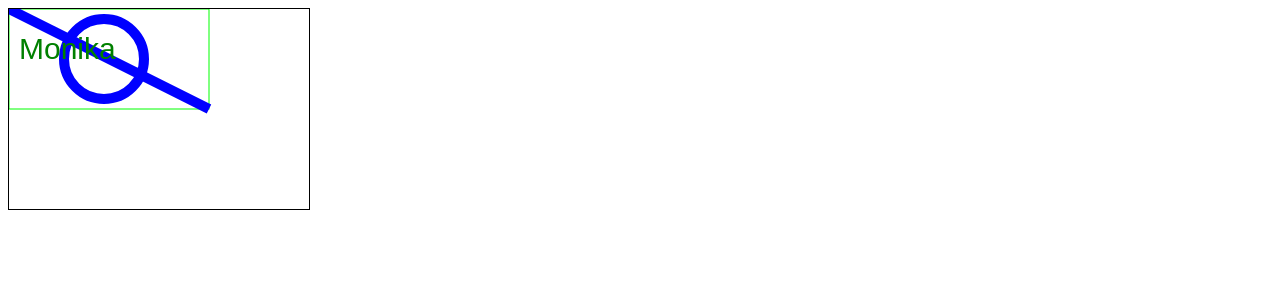
Repository: BhardwajMonika/core-java
Page: HTML2/WebContent/Canvas1.html
An editor plug-in stored every save of this project. The page is shown before and after the next save, followed by the edit.
The browser window is 1280 px wide. The pictures show the whole page.

Above is the page before, as saved 2019-02-27 09:35:29.

### HTML2/WebContent/Canvas1.html
<!DOCTYPE html>
<html>
<head>


<meta charset="ISO-8859-1">
<title>canvas</title>
</head>
<body>

	<canvas id="myCanvas" width="300" height="200"
		style="border: 1px solid #000000;">
</canvas>
<script>
	var c = document.getElementById("myCanvas");
	var ctx = c.getContext("2d");


	ctx.drawStyle = "#FF0000";
	ctx.strokeStyle="#00FF00";
	ctx.strokeRect(0, 0, 200, 100);

	ctx.beginPath();
	ctx.strokeStyle="#FF0000"
	ctx.arc(95,50,40,0,2*Math.PI);
	ctx.stroke();

	ctx.moveTo(0,0);
	ctx.lineTo(200,100);
	ctx.lineWidth=10;

	ctx.strokeStyle='#0000ff';
	ctx.stroke();

	ctx.font="30px Arial";
	ctx.fillStyle='green';
	ctx.fillText("Monika",10,50);
</script>

</body>
</html>

After the next save:
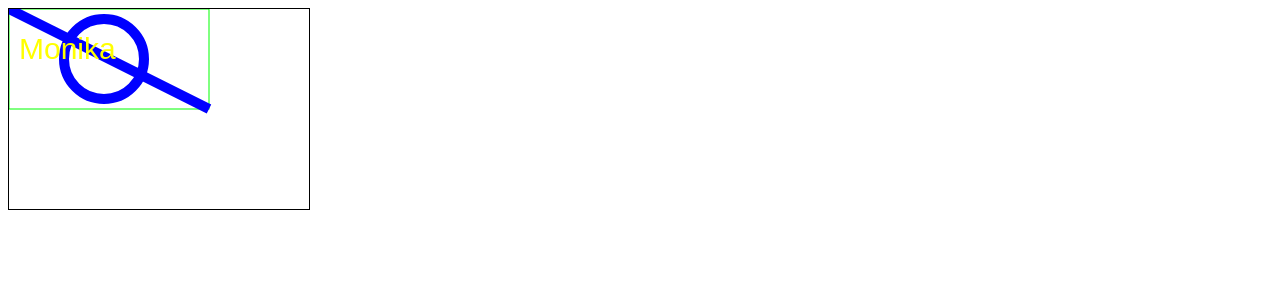
Saved 12 s later.
--- a/HTML2/WebContent/Canvas1.html
+++ b/HTML2/WebContent/Canvas1.html
@@ -33,7 +33,7 @@
 	ctx.stroke();
 
 	ctx.font="30px Arial";
-	ctx.fillStyle='green';
+	ctx.fillStyle='yellow';
 	ctx.fillText("Monika",10,50);
 </script>
 
